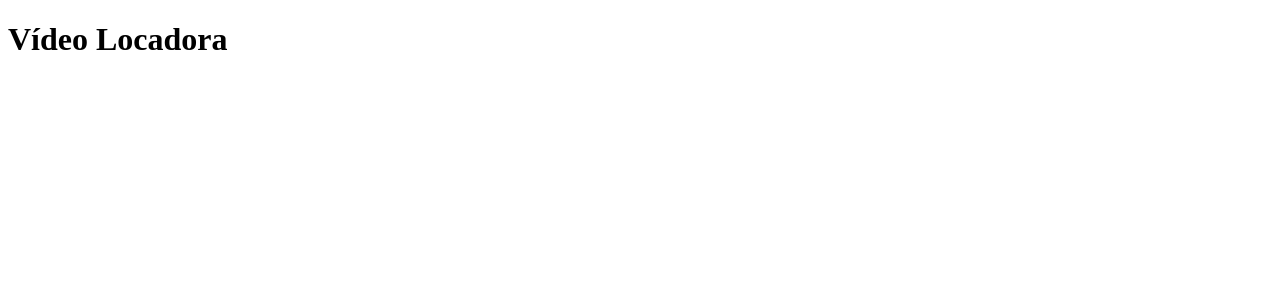
Repository: JhonMercedes/Javascript-book
Page: cap2/ex2_2.html
An editor plug-in stored every save of this project. The page is shown before and after the next save, followed by the edit.
The browser window is 1280 px wide. The pictures show the whole page.

Above is the page before, as saved 2021-12-02 18:34:33.

After the next save:
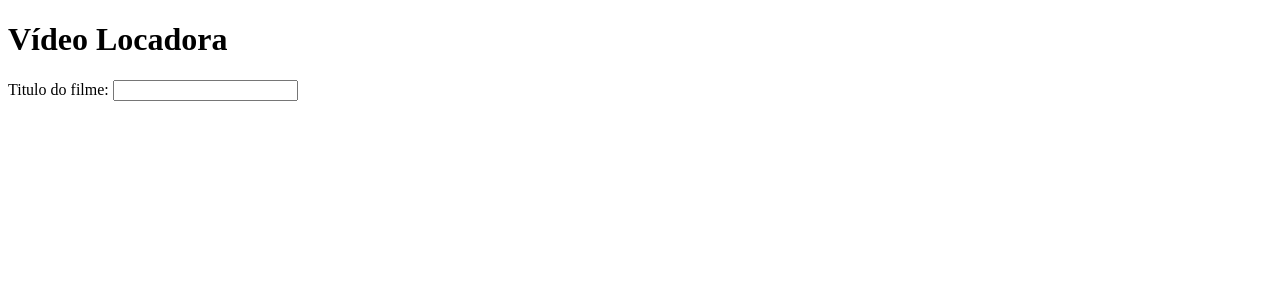
Saved 118 s later.
--- a/cap2/ex2_2.html
+++ b/cap2/ex2_2.html
@@ -8,5 +8,8 @@
 </head>
 <body>
     <h1>Vídeo Locadora</h1>
+    <p>Titulo do filme:
+        <input type="text" id="nome">
+    </p>
 </body>
 </html>
